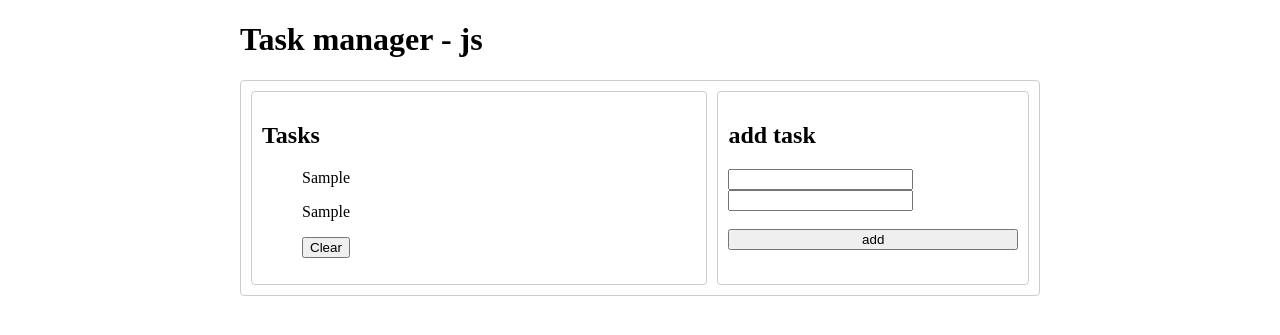
Repository: iKrekus/taskmgr-js
Page: index.html
The author's editor kept a copy of each file at every save. The page is drawn from the files as they stood at one save, then again after the next save.
The browser window is 1280 px wide. The pictures show the whole page.
Empty fields were first filled with sample values (such as "Sample", 5 or name@example.com).
After loading, the first visible `#btn-add` was clicked once.

Above is the page before, as saved 2024-03-15 09:24:22.

### index.html
<!DOCTYPE html>
<html>
<head>
  <meta charset='utf-8'>
  <meta http-equiv='X-UA-Compatible' content='IE=edge'>
  <title>Task manager - js</title>
  <meta name='viewport' content='width=device-width, initial-scale=1'>
  <link rel='stylesheet' type='text/css' media='screen' href='style.css'>
</head>
<body>
<main>
  <h1>Task manager - js</h1>
  <div class="task-mgr container">
    <div class="task-mgr__tasks-box container">
      <h2>Tasks</h2>
      <ul class="task-mgr__list">
      </ul>
    </div>
    <div class="task-mgr__add-task container">
      <h2>add task</h2>
      <label for="title">
        <input type="text" name="title" id="task-title" class="task-mgr__field">
      </label>
      <label for="description">
        <input type="text" name="description" id="task-description" class="task-mgr__field">
      </label>
      <br>
      <br>
      <button type="button" class="task-mgr-btn task-mgr-btn__add" id="btn-add">add</button>
    </div>
  </div>
</main>
<template id="task-tmpl">
  <li>
  <p class="task-title"></p>
  <p class="task-description"></p>
  <button type="button" class="btn btn__remove">Clear</button>
  </li>
</template>
<script src='app.js'></script>
</body>
</html>

### style.css
main {
  max-width: 800px;
  margin: 0 auto;
}

li {
  list-style-type: none;
  padding: 0;
}
.task-mgr {
  display: flex;
  gap: 10px;
}

.task-mgr__tasks-box {
  width: 60%;
}

.task-mgr__add-task {
  width: 40%;
}

.task-mgr-btn {
  width: 100%;
}

.container {
  border: 1px solid #cccccc;
  border-radius: 4px;
  padding: 10px;
}

### app.js
const taskTitleField = document.querySelector('#task-title');
const taskDescriptionField = document.querySelector('#task-description');
const buttonAdd = document.querySelector('#btn-add');
const taskTitle = document.querySelector('.task-mgr__list');
const taskTemplate = document.querySelector('#task-tmpl').content;

buttonAdd.addEventListener('click', function () {
  if (taskTitleField.value && taskDescriptionField.value) {
  createTask(taskTitleField.value, taskDescriptionField.value);
  clear();
  }

})

function clear(){
  taskTitleField.value='';
  taskDescriptionField.value='';
};


function createTask (name, description) {
  const task = taskTemplate.cloneNode(true);
  task.querySelector('.task-title').textContent = name;
  task.querySelector('.task-description').textContent = description;
  task.querySelector('.btn__remove').addEventListener('click', function() {
    LI.closest.remove();
  })
  renderTask(task)
}

function renderTask (elem) {
  const taskElement = document.createDocumentFragment();
  taskElement.append(elem);
  taskTitle.append(taskElement);
}

// function addTask (element) {
//   const task = document.createElement('li')
//   task.innerHTML = `
//     <span>${taskTitleField.value}<span>
//     <span>${taskDescriptionField.value}<span>`;
//   tasksList.appendChild(task)
// }

After the next save:
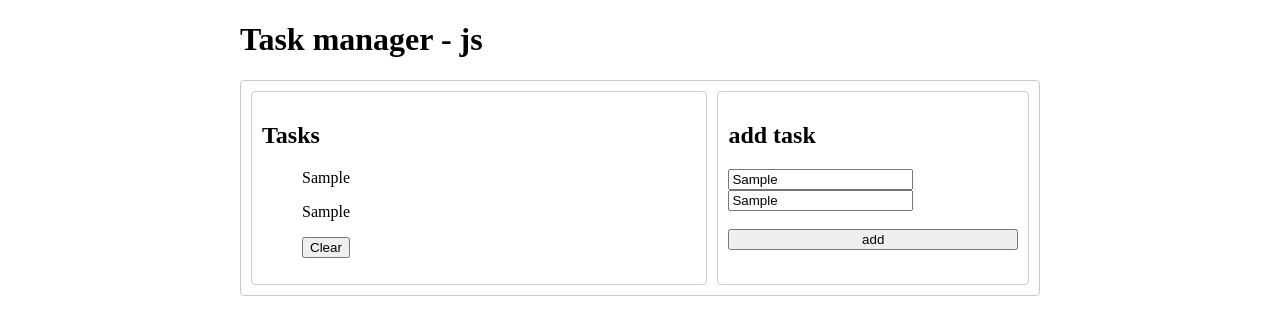
Console error: TypeError: Cannot read properties of null (reading 'addEventListener')
Saved 3 h 21 min later.
--- a/app.js
+++ b/app.js
@@ -22,9 +22,7 @@ function createTask (name, description) {
   const task = taskTemplate.cloneNode(true);
   task.querySelector('.task-title').textContent = name;
   task.querySelector('.task-description').textContent = description;
-  task.querySelector('.btn__remove').addEventListener('click', function() {
-    LI.closest.remove();
-  })
+  task
   renderTask(task)
 }
 
@@ -32,6 +30,9 @@ function renderTask (elem) {
   const taskElement = document.createDocumentFragment();
   taskElement.append(elem);
   taskTitle.append(taskElement);
+  elem.querySelector('.btn__remove').addEventListener('click', function() {
+    elem.remove();
+  })
 }
 
 // function addTask (element) {
